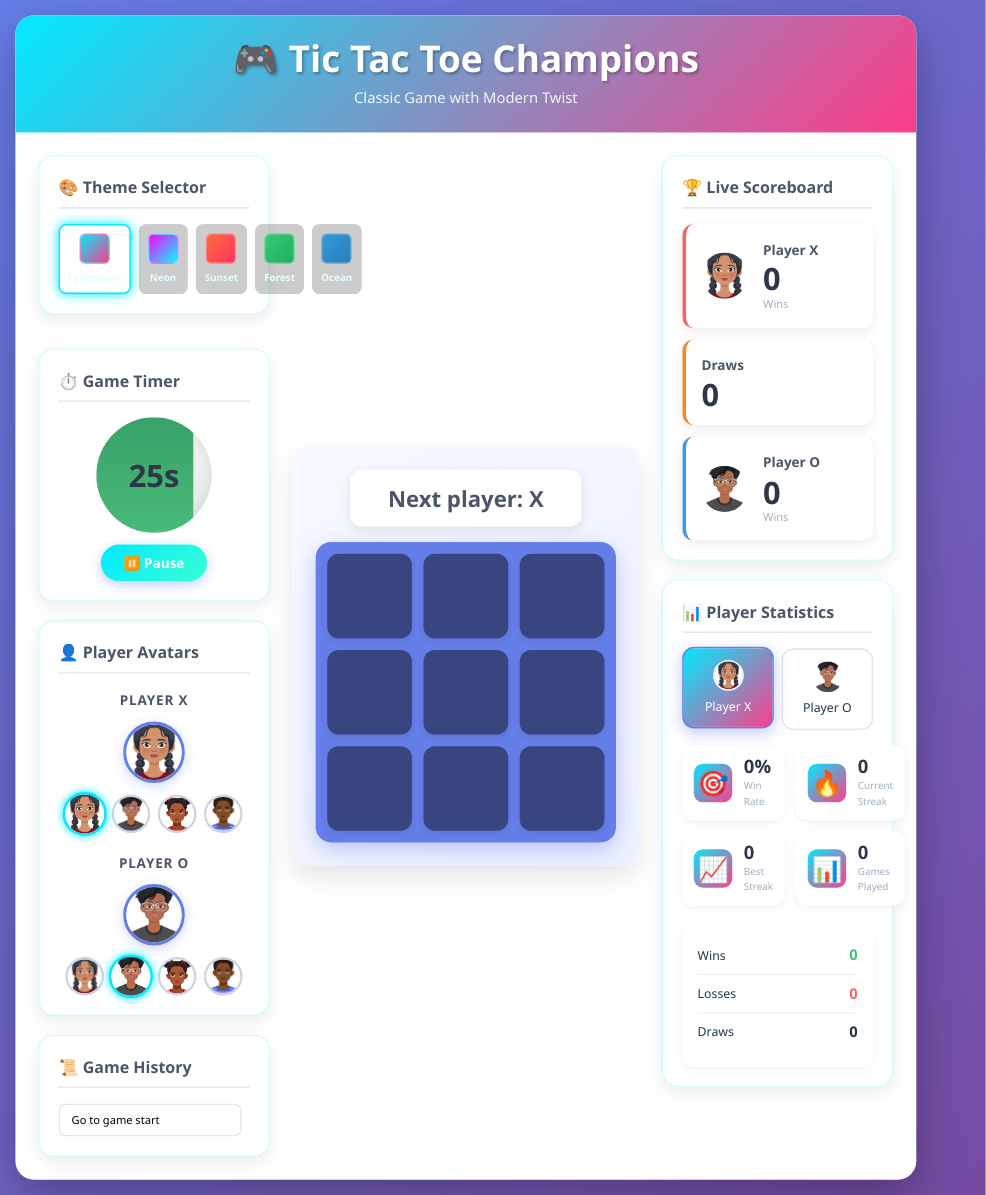
Repository: sofia123776/TIC-TAC-TOE
Page: /
An editor plug-in stored every save of this project. The page is shown before and after the next save, followed by the edit.
The browser window is 1280 px wide. The pictures show the whole page, at 77% of full size.
The project was rebuilt for these pictures with package versions that can differ from the ones it lists, and the page was loaded fresh each time. Also part of the build but not shown: vite.config.js.

Above is the page before, as saved 2025-12-01 17:22:37.

After the next save:
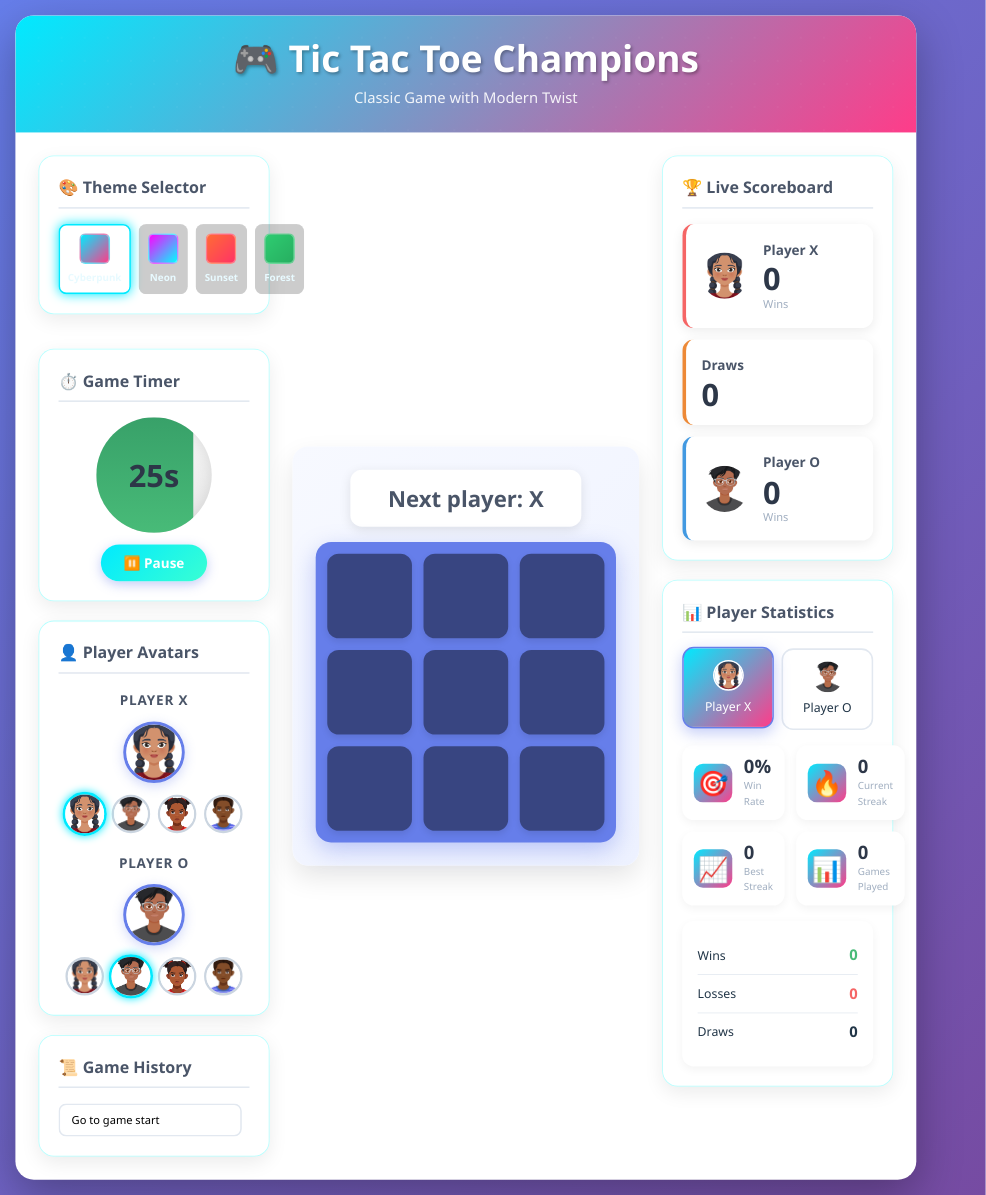
Saved 3 min 50 s later.
--- a/src/App.jsx
+++ b/src/App.jsx
@@ -361,14 +361,14 @@ export default function Game(){
                   <div className="theme-preview forest"></div>
                   <span>Forest</span>
                 </div>
-                <div
+                {/*<div
                   className={`theme-option ${theme === "ocean" ? "active" : ""}`}
                   onClick={() => setTheme("ocean")}
                   data-theme="ocean"
                 >
                   <div className="theme-preview ocean"></div>
                   <span>Ocean</span>
-                </div>
+                </div>*/}
               </div>
             </div>
           </div>
